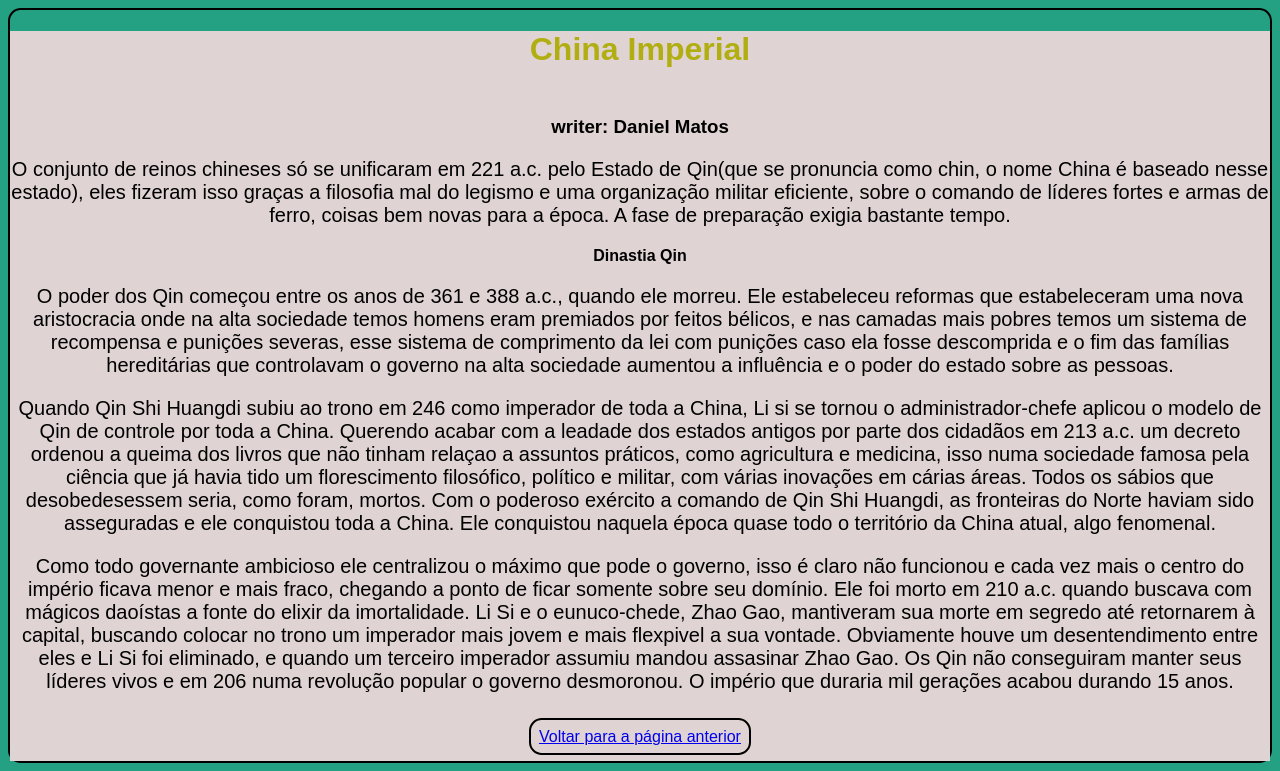
Repository: batmit/FutureFundation.github.io-1
Page: menu/articles/history/ancient/china/china.html
The author's editor kept a copy of each file at every save. The page is drawn from the files as they stood at one save, then again after the next save.
The browser window is 1280 px wide. The pictures show the whole page.

Above is the page before, as saved 2021-09-26 13:49:18.

After the next save:
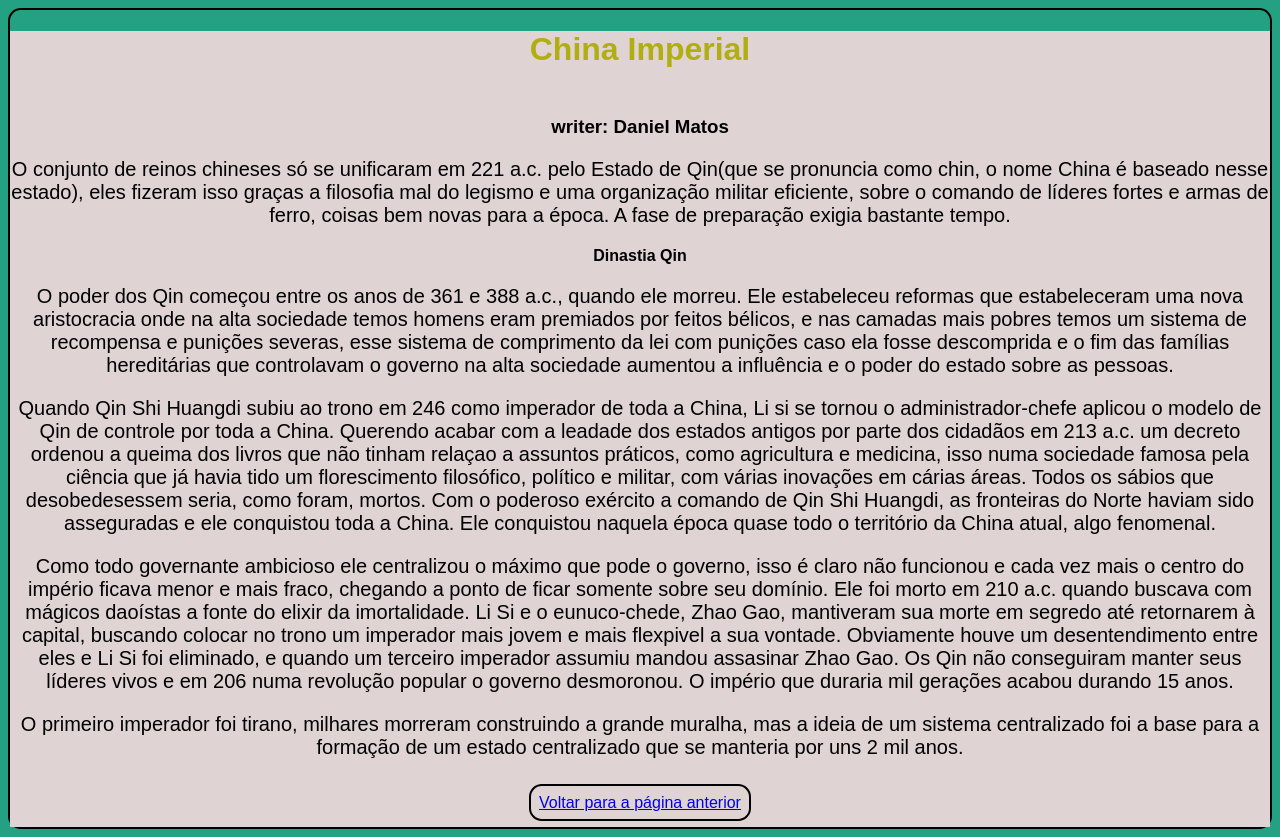
Saved 101 s later.
--- a/menu/articles/history/ancient/china/china.html
+++ b/menu/articles/history/ancient/china/china.html
@@ -22,6 +22,7 @@
         <p>Quando Qin Shi Huangdi subiu ao trono em 246 como imperador de toda a China, Li si se tornou o administrador-chefe aplicou o modelo de Qin de controle por toda a China. Querendo acabar com a leadade dos estados antigos por parte dos cidadãos em 213 a.c. um decreto ordenou a queima dos livros que não tinham relaçao a assuntos práticos, como agricultura e medicina, isso numa sociedade famosa pela ciência que já havia tido um florescimento filosófico, político e militar, com várias inovações em cárias áreas. Todos os sábios que desobedesessem seria, como foram, mortos. Com o poderoso exército a comando de Qin Shi Huangdi, as fronteiras do Norte haviam sido asseguradas e ele conquistou toda a China. Ele conquistou naquela época quase todo o território da China atual, algo fenomenal. </p>
 
         <p>Como todo governante ambicioso ele centralizou o máximo que pode o governo, isso é claro não funcionou e cada vez mais o centro do império ficava menor e mais fraco, chegando a ponto de ficar somente sobre seu domínio. Ele foi morto em 210 a.c. quando buscava com mágicos daoístas a fonte do elixir da imortalidade. Li Si e o eunuco-chede, Zhao Gao, mantiveram sua morte em segredo até retornarem à capital, buscando colocar no trono um imperador mais jovem e mais flexpivel a sua vontade. Obviamente houve um desentendimento entre eles e Li Si foi eliminado, e quando um terceiro imperador assumiu mandou assasinar Zhao Gao. Os Qin não conseguiram manter seus líderes vivos e em 206 numa revolução popular o governo desmoronou. O império que duraria mil gerações acabou durando 15 anos.  </p>
+        <p>O primeiro imperador foi tirano, milhares morreram construindo a grande muralha, mas a ideia de um sistema centralizado foi a base para a formação de um estado centralizado que se manteria por uns 2 mil anos. </p>
 
 
 
